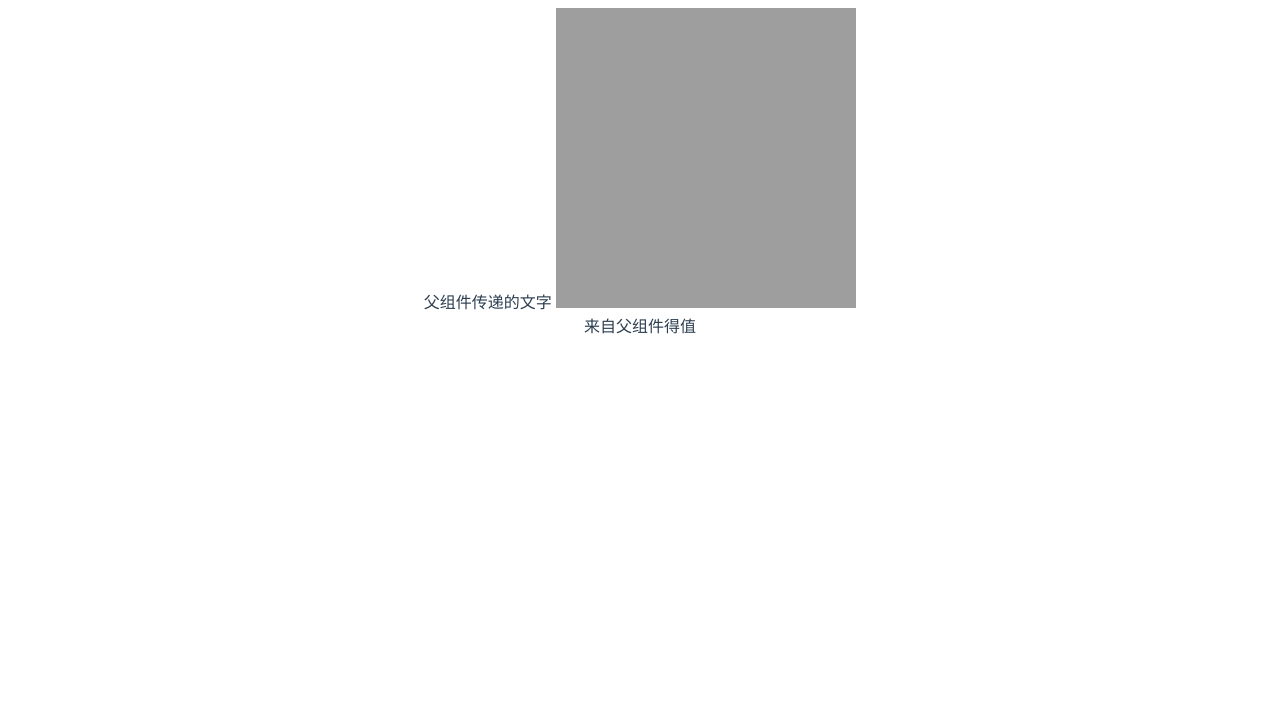
Repository: chang-meng-yun/vue_project
Page: /
These files come from the project's save history. The page is drawn as it stood at one moment and after the next save; the edit follows.
The browser window is 1280 px wide. The pictures show the whole page.
Pictures or frames that could not be fetched are drawn as grey boxes. The project was rebuilt for these pictures with package versions that can differ from the ones it lists, and the page was loaded fresh each time. Also part of the build but not shown: vue.config.js, src/VBindStudy.vue, src/HomeWork.vue, src/views/reHome.vue, src/FromFrame.vue, src/prents.vue, src/components/HelloWorld.vue, src/views/HomeView.vue.

Above is the page before, as saved 2024-06-27 15:03:04.

### public/index.html
<!DOCTYPE html>
<html lang="">
  <head>
    <meta charset="utf-8">
    <meta http-equiv="X-UA-Compatible" content="IE=edge">
    <meta name="viewport" content="width=device-width,initial-scale=1.0">
    <link rel="icon" href="<%= BASE_URL %>favicon.ico">
    <!-- <title><%= htmlWebpackPlugin.options.title %></title> -->
     <title>我是首页</title>
  </head>
  <body>
    <noscript>
      <strong>We're sorry but <%= htmlWebpackPlugin.options.title %> doesn't work properly without JavaScript enabled. Please enable it to continue.</strong>
    </noscript>
    <!-- 显示内容的地方 -->
    <div id="app"></div>
    <!-- built files will be auto injected -->
  </body>
</html>

### src/main.js
import Vue from 'vue'
import App from './App.vue'
import ElementUI from 'element-ui';
import 'element-ui/lib/theme-chalk/index.css';
import router from './router'

Vue.use(ElementUI);

Vue.config.productionTip = false
new Vue({
  router,
  render: h => h(App)
}).$mount('#app')

### src/App.vue
<template>
  <div id="app">
    <!-- <Hello></Hello> -->
    <!-- <VBindStudy></VBindStudy> -->
    <!-- <HomeWork></HomeWork> -->
    <!-- <reHome></reHome> -->
    <!-- <Model></Model> -->
    <!-- <FromFrame></FromFrame> -->
     <!-- <prents></prents> -->
      <child myTitle="父组件传递的文字" :mysrc="img_path"></child>
      <div>来自父组件得值</div>
    </div>
</template>
<script>
  // 导入组件
  import Hello from '@/Hello.vue'
  import VBindStudy from '@/VBindStudy'
  import HomeWork from '@/HomeWork'
  import reHome from './views/reHome.vue'
  import FromFrame from '@/FromFrame.vue'
  import prents from '@/prents.vue'
  import child from '@/child.vue'
  // import Model from './views/Model.vue'
  export default {
    components: {
      Hello,
      VBindStudy,
      HomeWork,
      FromFrame,
      prents,
      child
      // Model
    },
    data() {
      return {
        mark: true,
        name: "张三",
        mywidth: "350px",
        // myImage: require("./assets/花.jpg"),
        img_path: require("@/assets/花.jpg"),
      }
    },
    methods: {
      controller_div() {
        this.mark = !this.mark
        console.log(this.mark)
      },
      changeSize() {
        this.mywidth = "500px"
      },
      changeImage() {
        console.log("pakaqiu")
        this.myImage = require("./assets/小樱花.webp")
      }
    }
  }
</script>
<style>
  .box {
    width: 200px;
    height: 200px;
    background-color: red;
  }

  #app {
    font-family: Avenir, Helvetica, Arial, sans-serif;
    -webkit-font-smoothing: antialiased;
    -moz-osx-font-smoothing: grayscale;
    text-align: center;
    color: #2c3e50;
  }

  nav {
    padding: 30px;
  }

  nav a {
    font-weight: bold;
    color: #2c3e50;
  }

  nav a.router-link-exact-active {
    color: #42b983;
  }
</style>

### src/Hello.vue
<template>
  <div>
        <!-- <nav>
      <router-link to="/">Home</router-link> |
      <router-link to="/about">About</router-link>
    </nav> -->
    <!-- <el-row>
      <el-button>默认按钮</el-button>
      <el-button type="primary">主要按钮</el-button>
      <el-button type="success">成功按钮</el-button>
      <el-button type="info">信息按钮</el-button>
      <el-button type="warning">警告按钮</el-button>
      <el-button type="danger">危险按钮</el-button>
    </el-row> -->

    <!-- <input  type="text" v-model="username"> -->
     <!-- <div  v-if="mark" class="box">
      div1-if标签
     </div> -->
     <!-- <el-button type="primary" v-on:click="controller_div()">控制div</el-button> -->
     <!-- <div  v-show ="mark" class="box"> -->
      <!-- div2-show标签 -->
     <!-- </div> -->
    <!-- <div>
      {{username}}
    </div> -->
    <!-- <router-view/> -->
     <!-- <hr> -->

     <el-row>
        <el-col :span="12">
          <div class="grid-content bg-purple">
         <img src="./assets/小雏菊.webp" v-bind:width="mywidth" />
         <br>
         <el-button type="primary" @click="changeSize()">改变大小</el-button>
        </div>
      </el-col>

        <el-col :span="12">
          <div class="grid-content bg-purple-light">
            <img v-bind:src="myImage" width="350px" />
            <br>
            <el-button type="primary" @click="changeImage()">改变图片</el-button>
        </div>
      </el-col>
      </el-row>

  </div>
</template>
<script>
     export default{
    // components:{
    //     Hello,
    //     VBindStudy
    // },
    data(){
      return{
        mark:true,
        name:"张三",
        mywidth:"350px",
        myImage:require("./assets/花.jpg")
      }
    },
    methods:{
     controller_div(){
        this.mark=!this.mark
        console.log(this.mark)
      },
      changeSize(){
        this.mywidth="500px"
      },
      changeImage(){
        console.log("pakaqiu")
        this.myImage=require("./assets/小樱花.webp")
      }
     },
     components:{

     }
    }
  </script>
  <style>
  .box{
      width: 200px;
      height: 200px;
      background-color: red;
  }
  #app {
    font-family: Avenir, Helvetica, Arial, sans-serif;
    -webkit-font-smoothing: antialiased;
    -moz-osx-font-smoothing: grayscale;
    text-align: center;
    color: #2c3e50;
  }

  nav {
    padding: 30px;
  }

  nav a {
    font-weight: bold;
    color: #2c3e50;
  }

  /* nav a.router-link-exact-active {
    color: #42b983;
  } */
  </style>

### src/child.vue
<template>
    <div>
        <div>
         {{myTitle}}
         <img :src="mysrc" height="300px" width="300px">
        </div>
    </div>
</template>
<script>
    export default{
        data(){
            return{
                img_path: require("@/assets/花.jpg"),
            }
        },
        props:["myTitle","mysrc"],
        methods: {

        },
        components:{

        }
    }

</script>
<style>

</style>

### src/views/son.vue
<template>
    <div>
        <div>
         <el-input v-model="username" placeholder="请输入内容"></el-input>
         <el-input type="success" @click="sub()">提交数据</el-input>

         <img :src="mysrc" height="300px" width="300px">
        </div>
    </div>
</template>
<script>
    export default{
        data(){
            return{
                username:''
            }
        },
        props:[],
        methods: {

        },
        components:{

        }
    }

</script>
<style>

</style>

Loaded but not shown: src/router/index.js (common file)

After the next save:
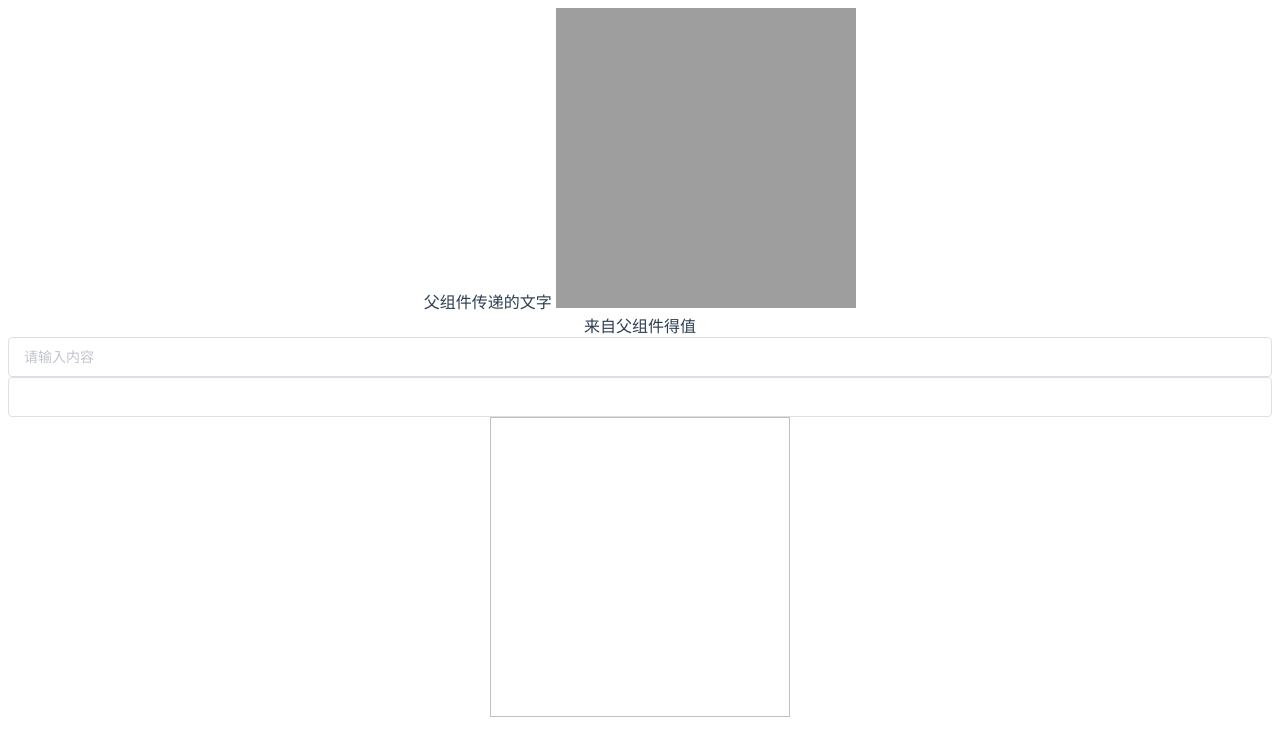
Saved 46 s later.
--- a/src/App.vue
+++ b/src/App.vue
@@ -9,6 +9,7 @@
      <!-- <prents></prents> -->
       <child myTitle="父组件传递的文字" :mysrc="img_path"></child>
       <div>来自父组件得值</div>
+      <son></son>
     </div>
 </template>
 <script>
@@ -20,6 +21,7 @@
   import FromFrame from '@/FromFrame.vue'
   import prents from '@/prents.vue'
   import child from '@/child.vue'
+   import son from './views/son.vue'
   // import Model from './views/Model.vue'
   export default {
     components: {
@@ -28,7 +30,8 @@
       HomeWork,
       FromFrame,
       prents,
-      child
+      child,
+      son
       // Model
     },
     data() {
